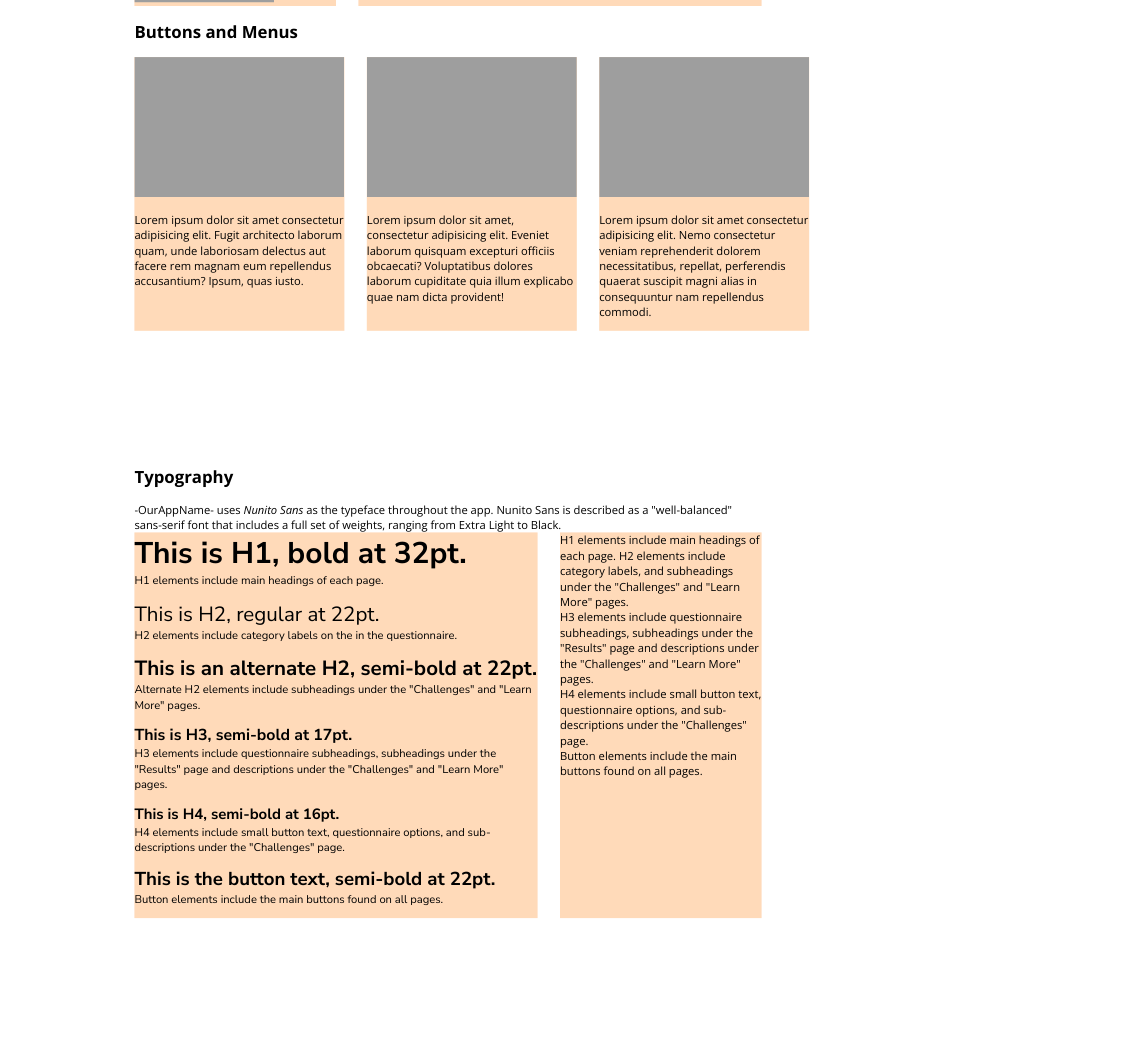
Repository: seohyun9672/Timearth-A6Styleguide
Page: page2.html
An editor plug-in stored every save of this project. The page is shown before and after the next save, followed by the edit.
The browser window is 1280 px wide. The page is 1632 px wide, so the pictures cover 1632 px, including what lies to the right of the window. The pictures show the part of the page from y = 1151 to 2671 px (the page is 2655 px tall before and 2671 px after), at 70% of full size.
Pictures or frames that could not be fetched are drawn as grey boxes.

Above is the page before, as saved 2022-03-20 20:19:51.

### page2.html
<!DOCTYPE html>
<html lang="en">
  <head>
    <meta charset="UTF-8" />
    <meta http-equiv="X-UA-Compatible" content="IE=edge" />
    <meta name="viewport" content="width=device-width, initial-scale=1.0" />
    <title>Document</title>
    <link rel="stylesheet" href="stylesheet.css" />
  </head>

  <body>
    <ul class="navbar">
      <li><a href="/page1.html">App Name</a></li>
      <div class="navbar-active">
        <li><a href="/page1.html">Logo</a></li>
        <li><a href="/page2.html">Colour & Typography</a></li>
        <li><a href="/page3.html">Imagery & Graphics</a></li>
        <li><a href="/ref.html">Reference</a></li>
      </div>
    </ul>
    <section class="color-palette page2">
      <h1>Color Palette</h1>
      <img class="palette" src="https://placekitten.com/1440/100" />
      <div>
        <h2>Description of colour palette</h2>
        <p>
          Lorem ipsum dolor sit amet, consectetur adipisicing elit. Culpa neque
          mollitia quae asperiores ad odit vitae iste minima totam harum
          distinctio qui beatae ea ut et adipisci, excepturi at iusto
          reprehenderit reiciendis fugit fuga nisi. Eligendi ut magni adipisci
          nulla architecto reprehenderit? Nemo eos accusamus optio nobis
          distinctio veritatis eius.
        </p>
      </div>
      <div></div>
      <div class="col-2">
        <div class="col">
          <img src="https://placekitten.com/200/600" />
        </div>
        <div class="col">Lorem ipsum dolor sit amet consectetur adipisicing elit. Corrupti laudantium illo iure alias recusandae accusamus reiciendis consequatur aliquid sint veritatis modi dolores, eveniet porro tempore similique aspernatur. Quas, hic quo sed necessitatibus illum suscipit molestiae consequuntur sit provident nobis ullam repellat obcaecati ipsa quos in cumque mollitia eius ratione facilis ut libero laboriosam tempora eum sint! Nisi sapiente veritatis ad iure esse magni reprehenderit odio non perferendis, sed recusandae beatae corporis quasi ipsam assumenda unde!</div>
      </div>
      <h2>Buttons and Menus</h2>
      <div class="col-3">
        <div class="col">
          <img src="https://placekitten.com/300/200" />
          <p>
            Lorem ipsum dolor sit amet consectetur adipisicing elit. Fugit
            architecto laborum quam, unde laboriosam delectus aut facere rem
            magnam eum repellendus accusantium? Ipsum, quas iusto.
          </p>
        </div>
        <div class="col">
          <img src="https://placekitten.com/300/200" />
          <p>
            Lorem ipsum dolor sit amet, consectetur adipisicing elit. Eveniet
            laborum quisquam excepturi officiis obcaecati? Voluptatibus dolores
            laborum cupiditate quia illum explicabo quae nam dicta provident!
          </p>
        </div>
        <div class="col">
          <img src="https://placekitten.com/300/200" />
          <p>
            Lorem ipsum dolor sit amet consectetur adipisicing elit. Nemo
            consectetur veniam reprehenderit dolorem necessitatibus, repellat,
            perferendis quaerat suscipit magni alias in consequuntur nam
            repellendus commodi.
          </p>
        </div>
      </div>
    </section>
    <section class="typo page2">
      <h1>Typography</h1>
      <div>
        -OurAppName- uses <em>Nunito Sans</em> as the typeface throughout the
        app. Nunito Sans is described as a "well-balanced" sans-serif font that includes a full set of weights, ranging from Extra Light to Black.
      </div>
      <div class="col-2-font">
        <div class="col nunito example">
            <div class="nh1">This is H1, bold at 32pt.</div>
            <p class="desc">H1 elements include main headings of each page.</p>
            <div class="nh2">This is H2, regular at 22pt.</div>
            <p class="desc">H2 elements include category labels on the in the questionnaire.</p>
            <div class="nh2-2">This is an alternate H2, semi-bold at 22pt.</div>
            <p class="desc">Alternate H2 elements include subheadings under the "Challenges" and "Learn More" pages.</p>
            <div class="nh3">This is H3, semi-bold at 17pt.</div>
            <p class="desc">H3 elements include questionnaire subheadings, subheadings under the "Results" page and descriptions under the "Challenges" and "Learn More" pages. </p>
            <div class="nh4">This is H4, semi-bold at 16pt.</div>
            <p class="desc">H4 elements include small button text, questionnaire options, and sub-descriptions under the "Challenges" page. </p>
            <div class="nbtn">This is the button text, semi-bold at 22pt.</div>
            <p class="desc">Button elements include the main buttons found on all pages. </p>
        </div>
        <div class="col">
          H1 elements include main headings of each page.
          H2 elements include category labels, and subheadings under the "Challenges" and "Learn More" pages.<br>
          H3 elements include questionnaire subheadings, subheadings under the "Results" page and descriptions under the "Challenges" and "Learn More" pages. <br>
          H4 elements include small button text, questionnaire options, and sub-descriptions under the "Challenges" page. <br>
          Button elements include the main buttons found on all pages. <br>
        </div>
      </div>
    </section>
  </body>
</html>

### stylesheet.css
/* import fonts */
@import url('https://fonts.googleapis.com/css2?family=Nunito+Sans:ital,wght@0,200;0,300;0,400;0,600;0,700;0,800;0,900;1,200;1,300;1,400;1,600;1,700;1,800;1,900&family=Open+Sans:ital,wght@0,300;0,400;0,500;0,600;0,700;0,800;1,300;1,400;1,500;1,600;1,700;1,800&display=swap');

body{
    margin: 0;
    font-family: 'open sans', san-serif;
  }

/* NAVBAR */

ul {
  list-style-type: none;
  margin: 0;
  padding: 0;
  overflow: hidden;
  background-color: #333;
}

li {
  float: left;
}

li a {
  display: block;
  color: white;
  text-align: center;
  padding: 14px 16px;
  text-decoration: none;
}

li a:hover {
  background-color: #111;
}

.navbar-active{
    float: right;
}

/* LOGO */

.section-logo {
    display: flex;
    flex-direction: column;
    justify-content: flex-start;
    align-items: center;
}

.logo-description {
    display: flex;
}
.logo-variation {
    display: flex;
    justify-content: space-evenly;
}

.logo-colourpalette {
    display: flex;
    width: 100%;
    justify-content: space-between;
}

.section-cont {
    width: 940px;
}
.colour-cont {
    display: flex;
    flex-direction: column;
}
.colour-name {
    font-weight: bold;
}

.logo-typography {
    display: flex;
}

.logo-usage {
    display: flex;
    flex-direction: column;
}

.logo-usage-desc {
    display: flex;
}

.section-cont colour {
    display: flex;
}

/* page 2 */

.page2 {
    margin:12em;
}
.col-3 {
    display:grid;
    grid-template-columns: 1fr 1fr 1fr;
    grid-gap:2em;
}
.col-2 {
    display:grid;
    grid-template-columns: 1fr 2fr;
    grid-gap:2em;
}
.col-2-font {
    display:grid;
    grid-template-columns: 2fr 1fr;
    grid-gap:2em;
}
.col {
    background-color:peachpuff;
}
.nunito {
    font-family: 'nunito sans', Arial, Helvetica, sans-serif;
}
.nh1 {
    font-weight: bold;
    font-size:32pt;
}
.nh2 {
    font-size:22pt;
}
.nh2-2 {
    font-size:22pt;
    font-weight:bolder;
}
.nh3 {
    font-size:17pt;
    font-weight:bolder;
}
.nh4 {
    font-size:16pt;
    font-weight:bolder;
}
.nbtn {
    font-size:20pt;
    font-weight:bolder;
}
.desc {
    margin-top:0;
}

After the next save:
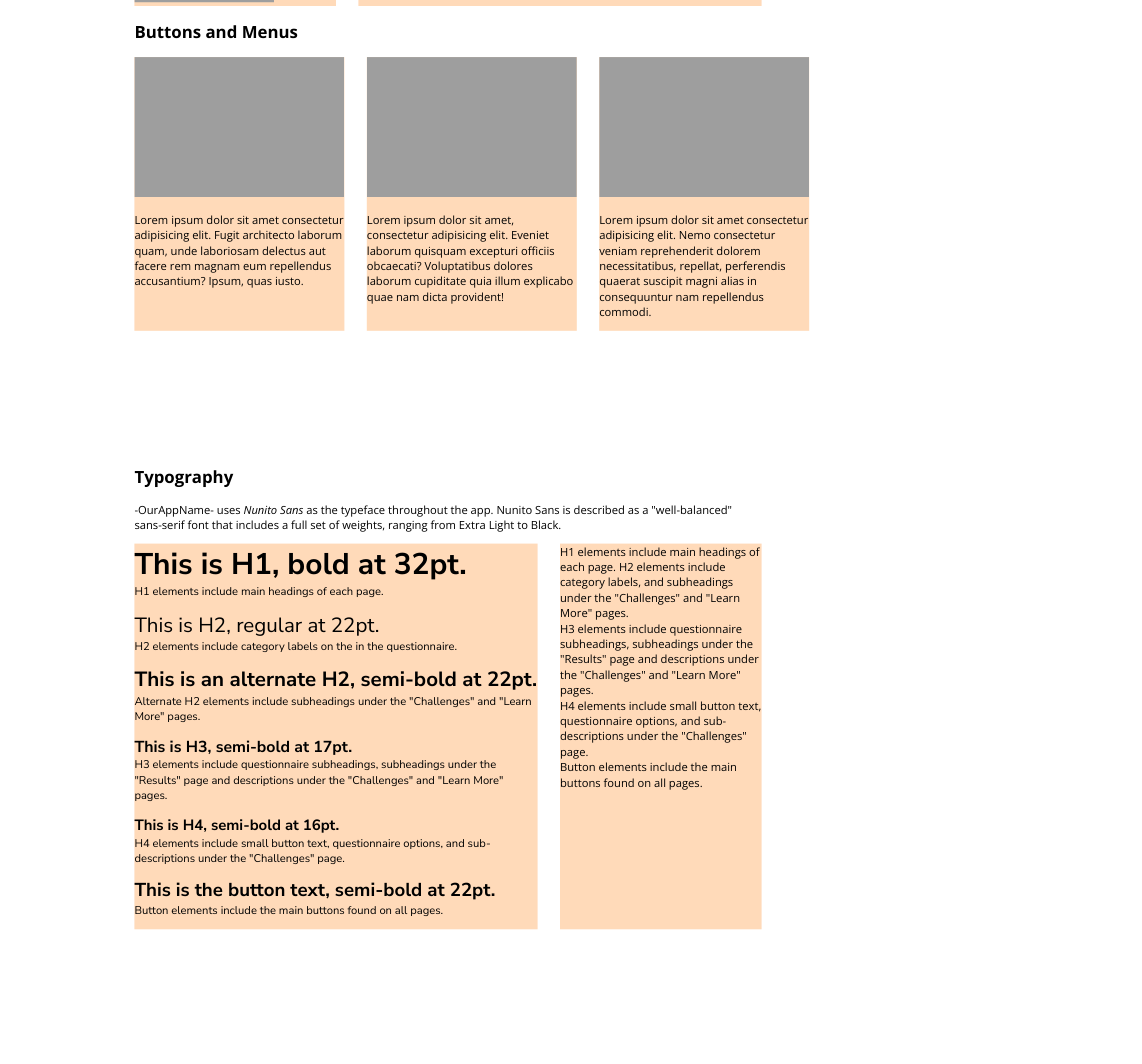
Saved 49 s later.
--- a/page2.html
+++ b/page2.html
@@ -70,10 +70,10 @@
     </section>
     <section class="typo page2">
       <h1>Typography</h1>
-      <div>
+      <p>
         -OurAppName- uses <em>Nunito Sans</em> as the typeface throughout the
         app. Nunito Sans is described as a "well-balanced" sans-serif font that includes a full set of weights, ranging from Extra Light to Black.
-      </div>
+      </p>
       <div class="col-2-font">
         <div class="col nunito example">
             <div class="nh1">This is H1, bold at 32pt.</div>
